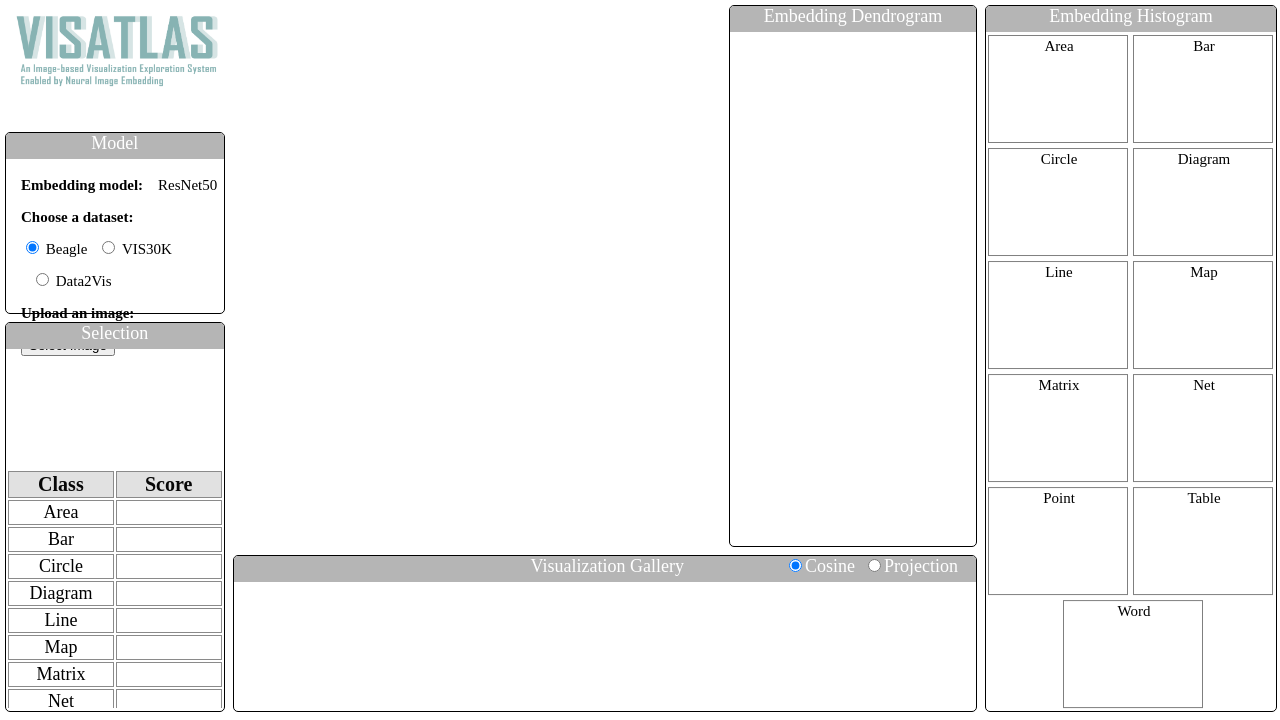
Repository: yilinye/AI_and_human_paintings
Page: / (app in VIS4AI_art/Frontend/)
An editor plug-in stored every save of this project. The page is shown before and after the next save, followed by the edit.
The browser window is 1280 px wide. The pictures show the whole page.
The page's requests for data from a server got no answer. The project was rebuilt for these pictures with package versions that can differ from the ones it lists, and the page was loaded fresh each time. No one was signed in, and anything a server would have sent is missing. Also part of the build but not shown: VIS4AI_art/Frontend/vite.config.js, VIS4AI_art/Frontend/vue.config.js, VIS4AI_art/Frontend/src/components/WelcomeItem.vue, VIS4AI_art/Frontend/src/components/icons/IconDocumentation.vue, VIS4AI_art/Frontend/src/components/icons/IconTooling.vue, VIS4AI_art/Frontend/src/components/icons/IconEcosystem.vue, VIS4AI_art/Frontend/src/components/icons/IconCommunity.vue, VIS4AI_art/Frontend/src/components/icons/IconSupport.vue and 2 more.

Above is the page before, as saved 2022-04-30 21:16:33.

### VIS4AI_art/Frontend/src/App.vue
<!--
 * @Author: Qing Shi
 * @LastEditTime: 2022-04-12 22:41:44
 * @Knowledge:
 * @Description:
 * @Attention:
-->

<template>
  <VisView/>
</template>

<script>
import VisView from "./views/visView.vue";

// var Event = new Vue();
export default {
    components: { VisView }
}
</script>

<style>
@import "./assets/base.css";

#app {
  height: calc(100%);
  font-weight: normal;
}

</style>

### VIS4AI_art/Frontend/src/assets/base.css
body {

  margin: 0%;
  height: 100%;
  width: 100%;
  background-color: rgb(255, 255, 255);
  overflow: hidden;
}


#titleBar {
  background: rgb(181, 181, 181);
  height: 26px;
  width: calc(100% + 0px);
  border-radius: 4px 4px 0px 0px;
  /* border: solid 1px; */
  transform: translate(0px);
  text-align: center;
  color: white;
  font-size: 18px;
}


/*chrome--------------------------------------------start*/
::-webkit-scrollbar {
  width: 8px;
  height: 8px;
}

/* Track */
::-webkit-scrollbar-track {
  background: #ffffff;
  border-radius: 8px;
}

/* Handle */
::-webkit-scrollbar-thumb {
  background: rgb(201, 201, 202);
  border-radius: 8px;
}

/* Handle on hover */
::-webkit-scrollbar-thumb:hover {
  background: rgb(162, 162, 163);
}

.el-menu::-webkit-scrollbar,
.el-table__body-wrapper::-webkit-scrollbar {
  display: none;
}

.el-menu:hover::-webkit-scrollbar,
.el-table__body-wrapper:hover::-webkit-scrollbar {
  display: block;
}

/*chrome--------------------------------------------end*/

### VIS4AI_art/Frontend/src/views/visView.vue
<template>
  <div style="height:100%;width:100%;">
    <!-- System Logo -->
    <div id="logoView">
      <img
        src="../assets/logo.png"
        alt=""
        style="width: 100%; height=auto;"
      >
    </div>
    <!-- Model -->
    <div id="modelView">
      <ModelView
        @getFilePath="getFilePath"
        @queryNode="updateQuery"
      />
    </div>
    <!-- Selection -->
    <div id="selectView">
      <SelectView />
    </div>
    <!-- Main View -->
    <div id="mainView">
      <MainView
        ref="mainV"
        @updateTree="updateTree"
        @updateGallery="updateGallery"
      />
    </div>
    <!-- Embedding Dendrogram -->
    <div id="dendrogramView">
      <DendrogramView ref="dendrogram" />
    </div>
    <!-- Embedding Histogram -->
    <div id="histogramView">
      <HistogramView @updateTree="updateTree" />
    </div>
    <!-- Visualization Gallery -->
    <div id="galleryView">
      <GalleryView
        ref="gallery"
        @updateGType="updateType"
        @updateSelectNode="updateSelectNode"
      />
    </div>
  </div>
</template>

<script>
import * as d3 from 'd3';
import SelectView from "../components/selectView.vue";
import MainView from "../components/mainView.vue";
import DendrogramView from "../components/dendrogramView.vue";
import HistogramView from "../components/histogramView.vue";
import GalleryView from "../components/galleryView.vue";
import ModelView from "../components/modelView.vue";
export default {
  components: { SelectView, MainView, DendrogramView, HistogramView, GalleryView, ModelView },
  data () {
    return {
      //! init file path
      pth: { filePath: "/src/visData/Beagle reorder.csv" },

      // pth: { filePath: "/src/visData/data2vis reorder.csv" },
    }
  },
  provide () {
    //! we need provide an object, which can watch by other components
    return {
      fileP: this.pth,
    }
  },
  methods: {
    /**
     * @description: change file path from model view's <input>
     * @param {String} val file path from model
     * @return {*} none
     */
    getFilePath: function (val) {
      this.pth.filePath = val;
      this.fileP = this.pth;
    },
    /**
     * @description: change dendrogram view's tree
     * @param {Array} treeData data of the tree
     * @param {Int} sumTree Number of all selected elements
     * @return {*}
     */
    updateTree (treeData, sumTree) {
      this.$refs.dendrogram.drawTree(treeData, sumTree);
    },
    /**
     * @description: change the gallery using new selected element data
     * @param {Array} data
     * @return {*}
     */
    updateGallery (data) {
      this.$refs.gallery.setCloseNode(data);
    },
    /**
     * @description: change gallery type (Cosine or Projection)
     * @param {*} data Calculation method of distance (Cosine or Projection)
     * @return {*}
     */
    updateType (data) {
      this.$refs.mainV.setGalleryType(data);
    },
    /**
     * @description: set a new selected node to refresh the system
     * @param {*} data selected element (node) data
     * @return {*}
     */
    updateSelectNode (data) {
      this.$refs.mainV.setSelectNode(data);
    },
    /**
     * @description: query a new Picture
     * @param {*} data new picture information which from model view
     * @return {*}
     */
    updateQuery (data) {
      this.$refs.mainV.setQuery(data);
    }
  }
}
</script>

<style>
#logoView {
  position: absolute;
  left: 5px;
  top: 5px;
  /* height: 17%; */
  width: 17%;
  margin-left: 5px;
  /* border: solid 1px; */
}

#modelView {
  /* margin-left: 5px; */
  position: absolute;
  left: 5px;
  top: calc(17% + 5px + 5px);
  height: 25%;
  width: 17%;
  border: solid 1px;
  border-radius: 5px;
}

#selectView {
  position: absolute;
  left: 5px;
  top: calc(42% + 15px + 5px);
  height: calc(58% - 30px);
  width: 17%;
  border: solid 1px;
  border-radius: 5px;
}

#mainView {
  position: absolute;
  left: calc(15px + 17%);
  top: calc(5px);
  height: calc(75%);
  width: calc(38%);
  /* border: solid 1px;
  border-radius: 5px; */
}

#dendrogramView {
  position: absolute;
  left: calc(25px + 55%);
  top: calc(5px);
  height: calc(75%);
  width: calc(20% - 10px);
  border: solid 1px;
  border-radius: 5px;
}

#galleryView {
  position: absolute;
  left: calc(15px + 17%);
  top: calc(15px + 75%);
  height: calc(25% - 25px);
  width: calc(58%);
  border: solid 1px;
  border-radius: 5px;
}

#histogramView {
  position: absolute;
  left: calc(25px + 75%);
  top: calc(5px);
  height: calc(100% - 15px);
  width: calc(25% - 30px);
  border: solid 1px;
  border-radius: 5px;
}
</style>

### VIS4AI_art/Frontend/src/components/selectView.vue
<!--
 * @Author: Qing Shi
 * @LastEditTime: 2022-04-30 21:16:33
 * @Knowledge:
 * @Description:
 * @Attention:
-->
<template>
  <div style="height: 100%">
    <div id="titleBar">
      {{ viewName }}
    </div>
    <div id="selectPic">
      <div
        v-if="isChoose"
        id="isChoose"
      >
        <img
          id="nodePic"
        >
      </div>
    </div>
    <div id="selectTable">
      <table style="width:100%;text-align: center;margin-top:2px;height:calc(100% - 10px);margin-bottom:5px;">
        <tr style="height:calc(8% - 30px)">
          <th>Class</th>
          <th>Score</th>
        </tr>
        <tr
          v-for="item in items"
          :key="item.className"
          style="height:calc(8% - 30px)"
        >
          <td>{{ item.className }}</td>
          <td :id="item.className+'Table'">{{ item.classScore }}</td>
        </tr>
      </table>
    </div>
  </div>
</template>

<script>
export default {
  data () {
    return {
      viewName: "Selection",
      isChoose: true,
      picPath: "/src/assets/logo.svg",
      items: {
        Area: { className: "Area", classScore: "" },
        Bar: { className: "Bar", classScore: "" },
        Circle: { className: "Circle", classScore: "" },
        Diagram: { className: "Diagram", classScore: "" },
        Line: { className: "Line", classScore: "" },
        Map: { className: "Map", classScore: "" },
        Matrix: { className: "Matrix", classScore: "" },
        Net: { className: "Net", classScore: "" },
        Point: { className: "Point", classScore: "" },
        Table: { className: "Table", classScore: "" },
        Word: { className: "Word", classScore: "" },
      }
    }
  }
}
</script>

<style>
#selectPic {
  height: 30%;
  width: 100%;
}
#isChoose {
  text-align: center;
  margin-top: 1px;
  margin-left: 6px;
  margin-right: 6px;
  margin-bottom: 2px;
  height: 100%;
  display: flex;
  flex-direction: column;
  justify-content: center;
  align-items: center;
}
#selectTable {
  height: calc(70% - 30px);
  width: 100%;
  overflow: auto;
  /* background-color: #000000; */
}

th {
  text-align: middle;
  /* padding-left: 45px; */
  /* border-bottom: 1px solid #ddd; */
  border: 1px solid rgb(138, 138, 138);
  /* background-color: white; */
  background-color: rgb(225, 225, 225);
  color: rgb(7, 7, 7);
  font-size: 20px;
  /* color: white; */
}

td {
  text-align: middle;
  /* padding-left: 45px; */
  width: 50%;
  /* border-bottom: 1px solid #ddd; */
  border: 1px solid rgb(138, 138, 138);
  font-size: 18px;
  color: black;
  /* height: 100% */
}

/* tr {
  height: calc(100%)
} */

tr:hover {
  background-color: rgb(231, 164, 179);
}
</style>

### VIS4AI_art/Frontend/src/components/galleryView.vue
<template>
  <div style="width: 100%; height: 100%;">
    <div id="titleBar">
      <span style="position: absolute; left: 40%;">{{ viewName }}</span>
      <span style="float: right">
        <form
          id="select-distance"
          style="margin-top:0;margin-right:18px"
        >

          <input
            type="radio"
            id="metricChoice1"
            name="contact"
            value="cosine"
            checked="checked"
            @click="updateType('Cosine')"
          >
          <label for="metricChoice1">Cosine</label>

          <input
            type="radio"
            id="metricChoice2"
            name="contact"
            value="radviz"
            style="margin-left:13px;padding-top:50%;"
            @click="updateType('Projection')"
          >
          <label for="metricChoice2">Projection</label>

        </form>
      </span>

    </div>
    <div id="nodeGallery">
      <div style="height: 100%; white-space: nowrap;">
        <div
          v-for="(item, index) in closeNode"
          :key="index"
          class="closeNode"
        >
          <img
            :src="'/src/assets' + item.path.slice(1)"
            alt=""
            :pid="item.pid"
            style="height:100%;"
            @click="updateSelectNode(item)"
          >
        </div>
      </div>
    </div>
  </div>
</template>

<script>
export default {
  data () {
    return {
      viewName: "Visualization Gallery",
      closeNode: []
    }
  },
  methods: {
    /**
     * @description: set the closeNode
     * @param {Array} data picture information from visView.vue
     * @return {*}
     */
    setCloseNode (data) {
      // console.log(data);
      this.closeNode = data;
    },
    /**
     * @description: change the gallery type
     * @param {String} data Cosine / Projection
     * @return {*}
     */
    updateType (data) {
      // console.log(data)
      this.$emit('updateGType', data);
    },
    /**
     * @description: select a picture and upload information
     * @param {*} data data bound to the picture
     * @return {*}
     */
    updateSelectNode (data) {
      this.$emit("updateSelectNode", data);
    }
  }
}
</script>

<style>
#nodeGallery {
  overflow-x: scroll;
  overflow-y: hidden;
  width: 100%;
  height: calc(100% - 30px);
}
.closeNode {
  /* position: absolute; */
  /* width: 20%; */
  height: calc(100% - 10px);
  /* padding-bottom: 50%; */
  /* position: fixed; */
  margin-top: 5px;
  margin-bottom: 5px;
  border: solid 1px;
  margin-left: 2.5px;
  margin-right: 2.5px;
  /* float: left; */
  white-space: normal;
  display: inline-block;
  /* display: flex; */
  flex-direction: column;
  justify-content: center;
  align-items: center;
}
</style>

### VIS4AI_art/Frontend/src/components/modelView.vue
<!--
 * @Author: Qing Shi
 * @LastEditTime: 2022-04-28 12:14:22
 * @Knowledge:
 * @Description:
 * @Attention:
-->
<template>
  <div>
    <div id="titleBar">
      {{ viewName }}
    </div>
    <div id="panel">
      <span style="font-weight: bold;">Embedding model:</span>&nbsp;&nbsp;&nbsp;&nbsp;ResNet50
      <br>
      <span style="font-weight: bold;">Choose a dataset:</span>
      <br>
      <form>
        <div style="display:inline-block">
          <input
            type="radio"
            id="cbox1"
            name="dataset"
            value="Beagle"
            @click="chooseFile('/src/visData/Beagle reorder.csv')"
            source="/src/visData/Beagle reorder.csv"
            checked
          >
          Beagle
        </div>

        <div style="margin-left:10px;display:inline-block">
          <input
            type="radio"
            id="cbox2"
            name="dataset"
            value="Vis30k"
            @click="chooseFile('/src/visData/vis30k reorder.csv')"
            source="/src/visData/vis30k reorder.csv"
          >
          VIS30K
        </div>

        <div style="margin-left:10px;display:inline-block">
          <input
            type="radio"
            id="cbox3"
            name="dataset"
            value="Data2Vis"
            @click="chooseFile('/src/visData/data2vis reorder.csv')"
            source="/src/visData/data2vis reorder.csv"
          >
          Data2Vis
        </div>

        <input
          type="submit"
          value="Submit"
          style="display:none"
          id="dataset submit"
        >
      </form>
      <!-- <br> -->
      <span style="font-weight: bold;">Upload an image:</span> &nbsp;
      <button onclick="upload.click()">Select Image</button>
      <div style="display:none;">
        <form
          action=""
          method="post"
          enctype='multipart/form-data'
        >
          <input
            type="file"
            name="image"
            id="upload"
            style="display:none;"
            @change="chooseImage($event)"
          />
        </form>
        <!-- <form id="uploadForm" :onsubmit="PostData(event)" style="display:inline;margin-left:8px;">


					<input type="file" name="image" id="pic_img" style="display:none" @change="chooseFile($event)">
					<input type="submit" value="upload" id="img_submit" style="display:none">

					<label for="datasets" style="margin-left:11px;margin-top:11px">Upload an image:</label> <input
						type="button" value="Select image" id="button" style="margin-top:0;margin-left:23px">

				</form> -->
      </div>

    </div>
  </div>
</template>

<script>
import * as d3 from 'd3';
import { dataService } from '../service';
export default {
  // created() {
  //   this.chooseFile(this.fileName);
  // },
  data () {
    return {
      viewName: "Model",
      fileName: "/src/visData/Beagle reorder.csv",
      imageUrl: '',
      typeName: ["Area", "Bar", "Circle", "Diagram", "Line", "Map", "Matrix", "Net", "Point", "Table", "Word"]
    }
  },
  methods: {
    chooseFile: function (e) {
      this.fileName = e;
      this.$emit('getFilePath', e);
    },
    /**
     * @description: query and show picture
     * @param {*} e event
     * @return {*}
     */
    chooseImage: function (e) {
      // console.log(e);
      // d3.select("#img_submit").click();
      var file = e.target.files[0]
      var reader = new FileReader()
      var that = this
      reader.readAsDataURL(file)
      reader.onload = function (e) {
        // console.log("file name", file.name);
        // console.log("file type", file.type);
        // console.log("this.result", this.result)
        // that.imageUrl = '/src/assets/static/uploadImage/' + file.name;
        that.imageUrl = this.result;
        let pw = document.getElementById("isChoose").offsetWidth;
        let ph = document.getElementById("isChoose").offsetHeight;
        // console.log(ph, pw);
        if (ph * 2 > pw)
          d3.select("#nodePic").attr("style", 'width: 95%; border: solid 1px; transform: translate(0,0)');
        else
          d3.select("#nodePic").attr("style", 'height: 95%; border: solid 1px; transform: translate(0,0)');
        d3.select("#nodePic").attr("src", that.imageUrl);

      }
      dataService.queryImg({ "img_path": file.name }, data => {
        let d = data.data;
        for (let i in that.typeName) {
          document.getElementById(that.typeName[i] + 'Table').innerHTML = Math.round((d[that.typeName[i].toLowerCase()] * 100000)) / 100000;
        }
        d.pid = -1;
        // console.log(d);
        this.$emit("queryNode", d);
      })
    }
  }
}
</script>

<style>
#panel {
  /* text-align: center; */
  font-size: 15px;
  line-height: 2rem;
  margin-top: 10px;
  margin-left: 15px;
  margin-bottom: 10px;
}
</style>

Loaded but not shown: VIS4AI_art/Frontend/index.html (common file); VIS4AI_art/Frontend/src/service/modules/dataService.js (24 lines, source omitted); VIS4AI_art/Frontend/src/router/index.js (21 lines, source omitted); VIS4AI_art/Frontend/src/main.js (11 lines, source omitted); VIS4AI_art/Frontend/src/service/index.js (1 lines, source omitted); VIS4AI_art/Frontend/src/components/mainView.vue (839 lines, source omitted); VIS4AI_art/Frontend/src/components/histogramView.vue (377 lines, source omitted); VIS4AI_art/Frontend/src/components/dendrogramView.vue (279 lines, source omitted)

After the next save:
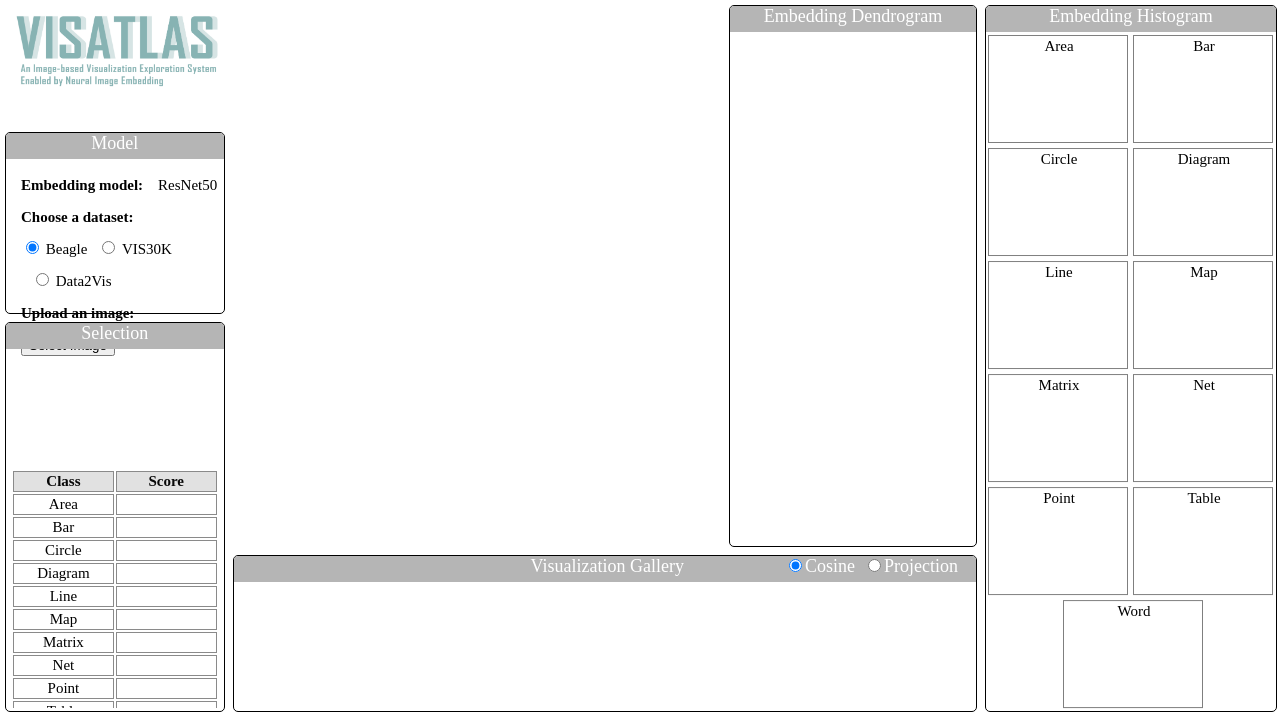
Saved 18 s later.
--- a/VIS4AI_art/Frontend/src/components/selectView.vue
+++ b/VIS4AI_art/Frontend/src/components/selectView.vue
@@ -1,6 +1,6 @@
 <!--
  * @Author: Qing Shi
- * @LastEditTime: 2022-04-30 21:16:33
+ * @LastEditTime: 2022-04-30 20:52:22
  * @Knowledge:
  * @Description:
  * @Attention:
@@ -21,7 +21,7 @@
       </div>
     </div>
     <div id="selectTable">
-      <table style="width:100%;text-align: center;margin-top:2px;height:calc(100% - 10px);margin-bottom:5px;">
+      <table style="width:calc(100% - 10px);text-align: center;margin-top:2px;height:calc(100% - 10px);margin-bottom:5px;margin-left:5px; margin-right: 5px;">
         <tr style="height:calc(8% - 30px)">
           <th>Class</th>
           <th>Score</th>
@@ -96,7 +96,7 @@ th {
   /* background-color: white; */
   background-color: rgb(225, 225, 225);
   color: rgb(7, 7, 7);
-  font-size: 20px;
+  font-size: 15px;
   /* color: white; */
 }
 
@@ -106,7 +106,7 @@ td {
   width: 50%;
   /* border-bottom: 1px solid #ddd; */
   border: 1px solid rgb(138, 138, 138);
-  font-size: 18px;
+  font-size: 15px;
   color: black;
   /* height: 100% */
 }
